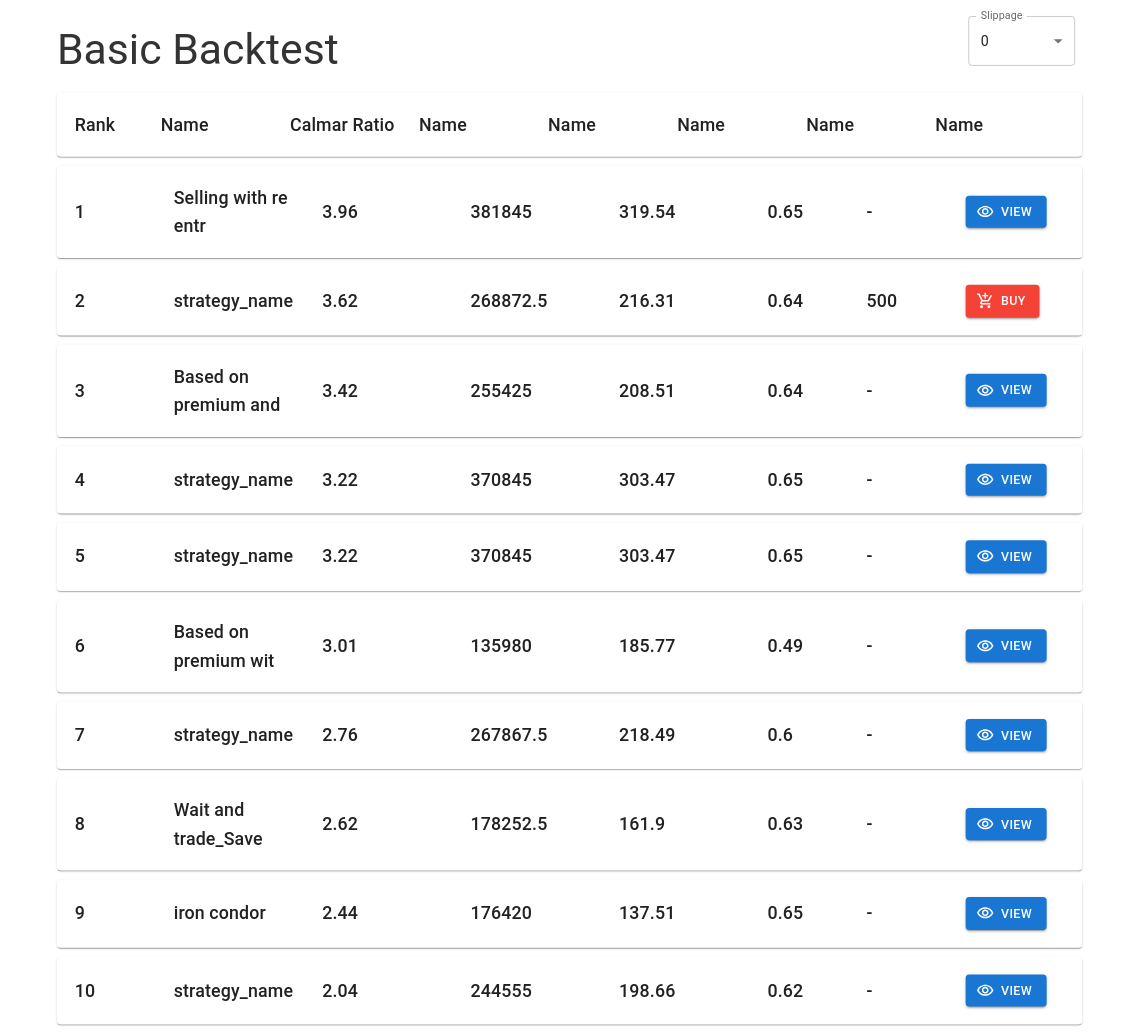
Repository: PraTEEkgUpTa2/Leaderboard
Page: /
The author's editor kept a copy of each file at every save. The page is drawn from the files as they stood at one save, then again after the next save.
The browser window is 1280 px wide. The pictures show the whole page, at 89% of full size.
The project was rebuilt for these pictures with package versions that can differ from the ones it lists, and the page was loaded fresh each time. Also part of the build but not shown: src/App.css.

Above is the page before, as saved 2024-05-28 13:54:49.

After the next save:
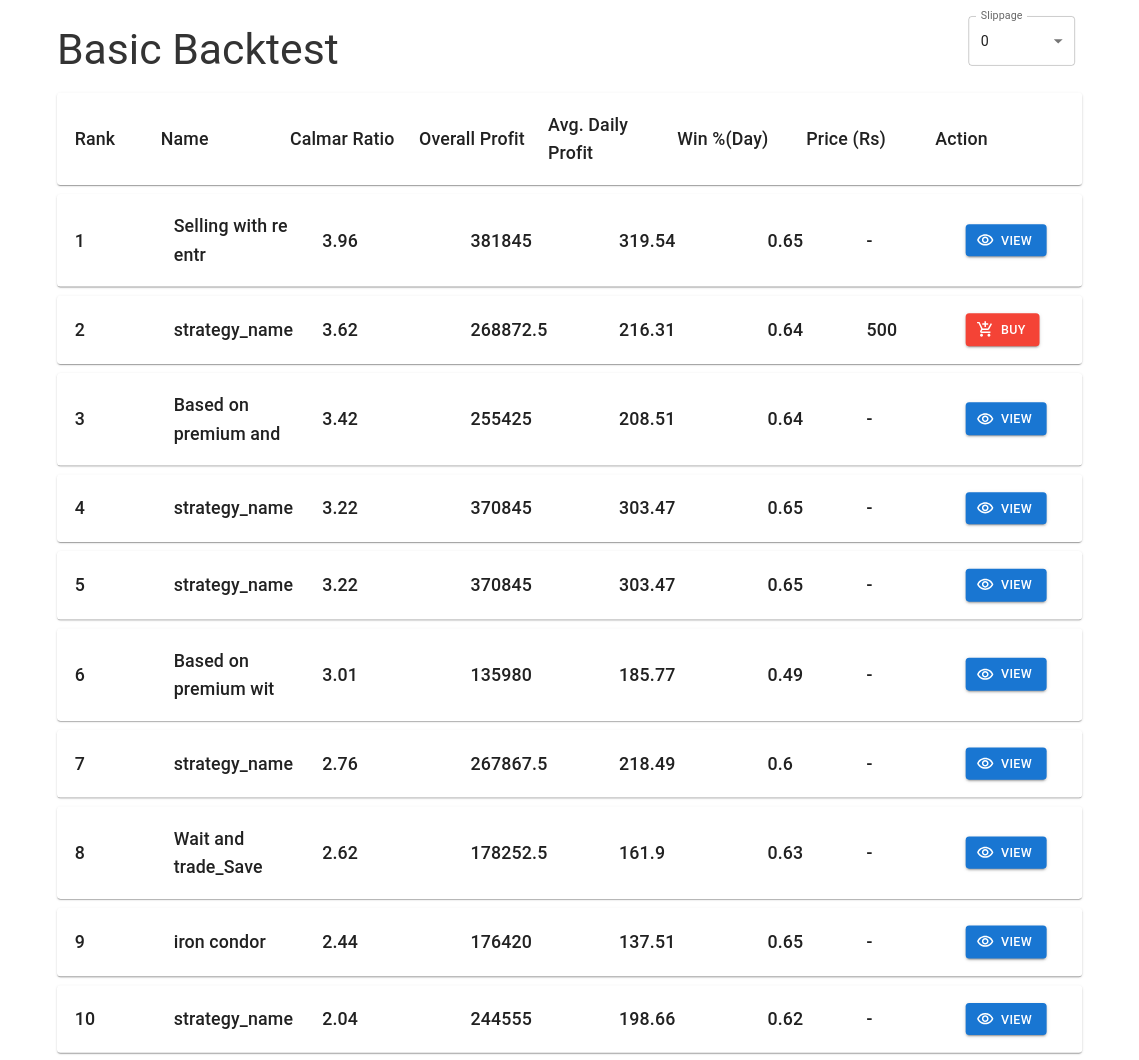
Saved 85 s later.
--- a/src/Leaderboard.js
+++ b/src/Leaderboard.js
@@ -94,19 +94,19 @@ const Leaderboard = () => {
               <Typography variant="h6">Calmar Ratio</Typography>
             </Box>
             <Box flexBasis="15%">
-              <Typography variant="h6">Name</Typography>
+              <Typography variant="h6">Overall Profit</Typography>
             </Box>
             <Box flexBasis="15%">
-              <Typography variant="h6">Name</Typography>
+              <Typography variant="h6">Avg. Daily Profit</Typography>
             </Box>
             <Box flexBasis="15%">
-              <Typography variant="h6">Name</Typography>
+              <Typography variant="h6">Win %(Day)</Typography>
             </Box>
             <Box flexBasis="15%">
-              <Typography variant="h6">Name</Typography>
+              <Typography variant="h6">Price (Rs)</Typography>
             </Box>
             <Box flexBasis="15%">
-              <Typography variant="h6">Name</Typography>
+              <Typography variant="h6">Action</Typography>
             </Box>
             </Tab>
         {data.map((row) => (
